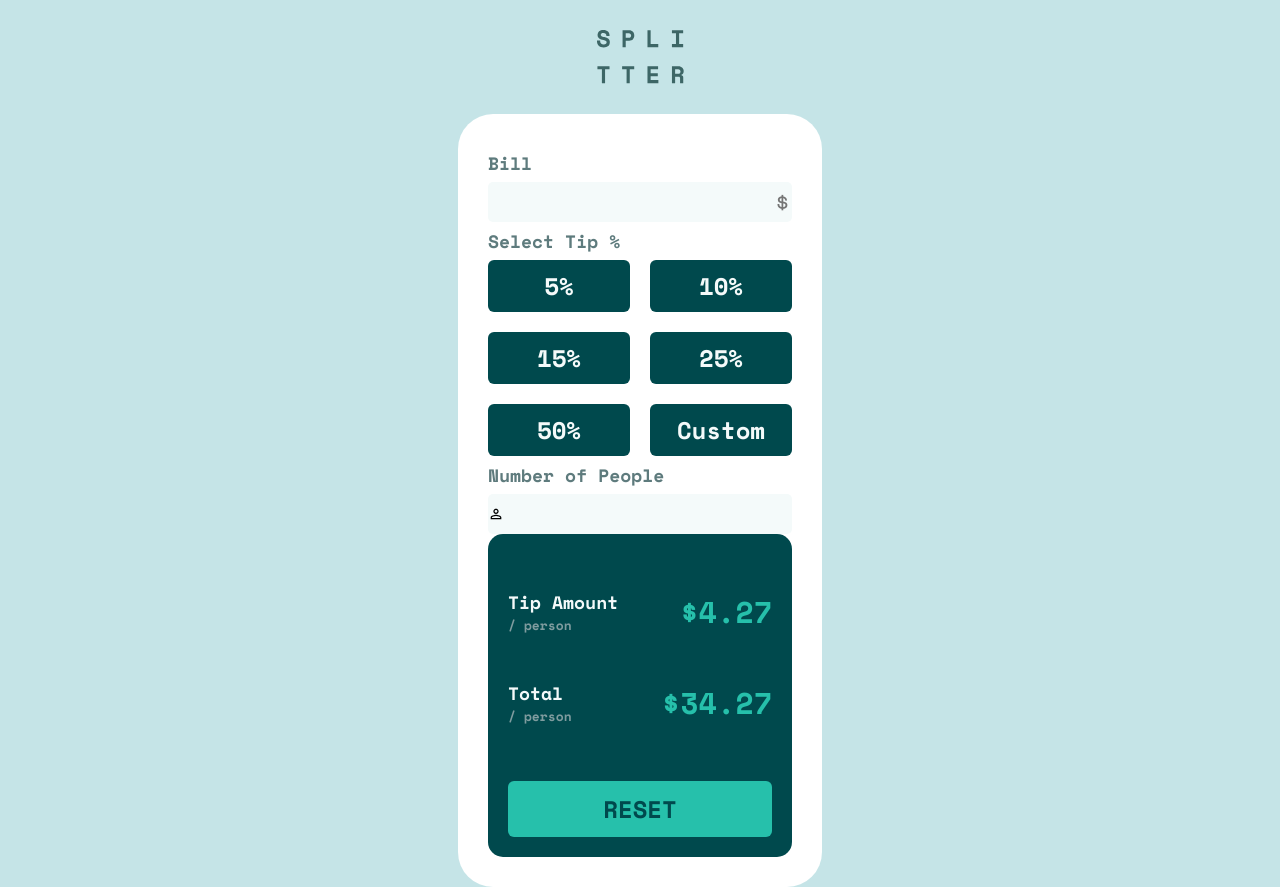
Repository: tomas938/tipcalculator
Page: /
The author's editor kept a copy of each file at every save. The page is drawn from the files as they stood at one save, then again after the next save.
The browser window is 1280 px wide. The pictures show the whole page.
The project was rebuilt for these pictures with package versions that can differ from the ones it lists, and the page was loaded fresh each time.

Above is the page before, as saved 2021-08-04 10:41:21.

### public/index.html
<!DOCTYPE html>
<html lang="">
	<head>
		<meta charset="utf-8" />
		<meta http-equiv="X-UA-Compatible" content="IE=edge" />
		<meta name="viewport" content="width=device-width,initial-scale=1.0" />
		<link rel="icon" href="<%= BASE_URL %>favicon.ico" />
		<link
			href="https://fonts.googleapis.com/icon?family=Material+Icons"
			rel="stylesheet"
		/>
		<title><%= htmlWebpackPlugin.options.title %></title>
	</head>
	<body>
		<noscript>
			<strong
				>We're sorry but <%= htmlWebpackPlugin.options.title %> doesn't work
				properly without JavaScript enabled. Please enable it to
				continue.</strong
			>
		</noscript>
		<div id="app"></div>
		<!-- built files will be auto injected -->
	</body>
</html>

### src/App.vue
<template>
	<router-view />
</template>

<style lang="scss">
@import url("https://fonts.googleapis.com/css2?family=Space+Mono:wght@400;700&display=swap");
$strong-cyan: hsl(172, 67%, 45%);
$dark-cyan: hsl(186, 14%, 43%);
$grayish-cyan: hsl(184, 14%, 43%);
$lower-grayish-cyan: hsl(184, 14%, 56%);
$light-grayish-cyan: hsl(185, 41%, 84%);
$lighter-grayish-cyan: hsl(189, 41%, 97%);
$white: hsl(0, 0%, 100%);
* {
	margin: 0;
	padding: 0;
	box-sizing: border-box;
	font-family: "Space Mono", monospace;
	font-size: 2.4rem;
}
body {
	background-color: hsl(185, 41%, 84%);
}
html {
	font-size: 62.5%;
	@media only screen and (max-width: 760px) {
		font-size: 130.5%;
	}
}
</style>

### src/views/Home.vue
<template>
	<div class="logo">
		<splitter></splitter>
	</div>
</template>

<script>
import Splitter from "../components/Splitter.vue";
export default {
	name: "Home",
	components: {
		Splitter,
	},
};
</script>
<style lang="scss" scoped></style>

### src/components/Splitter.vue
<template>
	<div class="splitter">
		<svg xmlns="http://www.w3.org/2000/svg" width="87" height="54">
			<path
				fill="#3D6666"
				d="M6.72 17.472c.944 0 1.792-.12 2.544-.36s1.392-.584 1.92-1.032a4.476 4.476 0 001.212-1.62c.28-.632.42-1.34.42-2.124v-.288c0-1.472-.464-2.584-1.392-3.336-.928-.752-2.272-1.288-4.032-1.608a14.615 14.615 0 01-1.74-.408c-.456-.144-.824-.308-1.104-.492-.28-.184-.476-.392-.588-.624a1.771 1.771 0 01-.168-.78c0-.56.232-1.004.696-1.332.464-.328 1.096-.492 1.896-.492.944 0 1.676.248 2.196.744.52.496.78 1.08.78 1.752v.576h3.168v-.864a5 5 0 00-.396-1.968 4.762 4.762 0 00-1.176-1.656C10.436 1.08 9.792.7 9.024.42 8.256.14 7.376 0 6.384 0c-.88 0-1.676.12-2.388.36s-1.32.576-1.824 1.008c-.504.432-.896.94-1.176 1.524-.28.584-.42 1.22-.42 1.908v.144c0 .832.144 1.536.432 2.112a3.978 3.978 0 001.212 1.44c.52.384 1.132.692 1.836.924.704.232 1.48.42 2.328.564.64.112 1.168.248 1.584.408.416.16.744.34.984.54s.408.424.504.672c.096.248.144.508.144.78 0 .576-.232 1.072-.696 1.488-.464.416-1.176.624-2.136.624-1.232 0-2.14-.3-2.724-.9-.584-.6-.876-1.404-.876-2.412v-.576H0v.72c0 .88.144 1.692.432 2.436a5.47 5.47 0 001.272 1.944c.56.552 1.26.984 2.1 1.296.84.312 1.812.468 2.916.468zm22-.336V10.8h3.408c.864 0 1.616-.144 2.256-.432a4.707 4.707 0 001.596-1.14 4.833 4.833 0 00.96-1.608c.216-.6.324-1.212.324-1.836v-.576c0-.608-.108-1.204-.324-1.788a4.625 4.625 0 00-.96-1.56A4.737 4.737 0 0034.384.756c-.64-.28-1.392-.42-2.256-.42h-6.576v16.8h3.168zm3.096-9.36H28.72V3.36h3.096c.704 0 1.26.192 1.668.576.408.384.612.88.612 1.488v.288c0 .608-.204 1.104-.612 1.488-.408.384-.964.576-1.668.576zm29.464 9.36v-3.024h-7.632V.336H50.48v16.8h10.8zm24.88 0v-3.024h-4.032V3.36h4.032V.336H74.928V3.36h4.032v10.752h-4.032v3.024H86.16zm-78.096 36V39.36h4.464v-3.024H.432v3.024h4.464v13.776h3.168zm24.688 0V39.36h4.464v-3.024H25.12v3.024h4.464v13.776h3.168zm28.624 0v-3.024h-7.728v-3.888H60.8V43.2h-7.152v-3.84h7.44v-3.024H50.48v16.8h10.896zm16.744 0V46.8h3.648c.464 0 .796.12.996.36.2.24.3.552.3.936v5.04h3.168v-5.808c0-.56-.164-1.024-.492-1.392-.328-.368-.772-.584-1.332-.648v-.432c.768-.32 1.336-.78 1.704-1.38a3.63 3.63 0 00.552-1.932v-.576c0-.64-.116-1.24-.348-1.8a4.332 4.332 0 00-1.008-1.476c-.44-.424-.988-.756-1.644-.996-.656-.24-1.416-.36-2.28-.36h-6.432v16.8h3.168zm3.024-9.36H78.12V39.36h3.024c.768 0 1.352.204 1.752.612.4.408.6.892.6 1.452v.288c0 .656-.2 1.164-.6 1.524-.4.36-.984.54-1.752.54z"
			/>
		</svg>
		<div class="calculator">
			<h3>Bill</h3>
			<input type="text" placeholder="$" />
			<h3>Select Tip %</h3>
			<div class="calculator__grid">
				<div class="calculator__grid__item item-1"><p>5%</p></div>
				<div class="calculator__grid__item item-2"><p>10%</p></div>
				<div class="calculator__grid__item item-3"><p>15%</p></div>
				<div class="calculator__grid__item item-4"><p>25%</p></div>
				<div class="calculator__grid__item item-5"><p>50%</p></div>
				<div class="calculator__grid__item item-6"><p>Custom</p></div>
			</div>
			<h3>Number of People</h3>
			<div class="people">
				<input type="text" placeholder="" />
				<svg
					xmlns="http://www.w3.org/2000/svg"
					height="24px"
					viewBox="0 0 24 24"
					width="24px"
					fill="#000000"
				>
					<path d="M0 0h24v24H0V0z" fill="none" />
					<path
						d="M12 5.9c1.16 0 2.1.94 2.1 2.1s-.94 2.1-2.1 2.1S9.9 9.16 9.9 8s.94-2.1 2.1-2.1m0 9c2.97 0 6.1 1.46 6.1 2.1v1.1H5.9V17c0-.64 3.13-2.1 6.1-2.1M12 4C9.79 4 8 5.79 8 8s1.79 4 4 4 4-1.79 4-4-1.79-4-4-4zm0 9c-2.67 0-8 1.34-8 4v3h16v-3c0-2.66-5.33-4-8-4z"
					/>
				</svg>
			</div>
			<div class="calculator__result">
				<div class="result">
					<div class="information">
						<p>Tip Amount</p>
						<span>/ person</span>
					</div>
					<div class="price">
						<p>$4.27</p>
					</div>
				</div>
				<div class="result">
					<div class="information">
						<p>Total</p>
						<span>/ person</span>
					</div>
					<div class="price">
						<p>$34.27</p>
					</div>
				</div>
				<div class="result"></div>
				<button>Reset</button>
			</div>
		</div>
	</div>
</template>

<script>
export default {};
</script>

<style lang="scss" scoped>
.splitter {
	display: flex;
	flex-direction: column;
	align-items: center;
}
.calculator {
	background-color: hsl(0, 0%, 100%);
	padding: 3rem;
	border-radius: 3.5rem;
	&__grid {
		display: grid;
		grid-gap: 2rem;
		grid-template-columns: repeat(2, 1fr);
		grid-template-rows: repeat(3, 1fr);
		color: hsl(189, 41%, 97%);
		font-weight: 700;
		text-align: center;
		cursor: pointer;
	}
	&__grid__item {
		width: 100%;
		margin: auto;
		padding: 8px 0;
		border-radius: 6px;
		background-color: hsl(183, 100%, 15%);
		&:hover {
			transition: all 0.3s ease-in-out;
			background-color: hsl(172, 67%, 45%);
			color: hsl(183, 100%, 15%);
		}
	}
	&__result {
		display: flex;
		flex-direction: column;
		border-radius: 1.5rem;
		padding: 2rem;
		background-color: hsl(183, 100%, 15%);
		font-weight: 700;
		.result {
			margin-top: 2.5rem;
			display: flex;
			justify-content: space-between;
			padding: 10px 0;
			p {
				font-size: 1.8rem;
				color: hsl(189, 41%, 97%);
			}
			span {
				font-size: 1.3rem;
				color: hsl(184, 14%, 56%);
			}
		}
		.information {
			display: flex;
			flex-direction: column;
		}
		.price {
			p {
				color: hsl(172, 67%, 45%);
				font-size: 3rem;
			}
		}
		button {
			border-radius: 6px;
			padding: 1rem 0;
			font-weight: 700;
			color: hsl(183, 100%, 15%);
			text-transform: uppercase;
			background-color: hsl(172, 67%, 45%);
			cursor: pointer;
			outline: none;
			border: none;
		}
		button:hover,
		button:active {
			transition: 0.3s ease-in-out;
			background-color: hsl(185, 41%, 84%);
		}
	}
}
svg {
	margin: 3rem 0;
}
input {
	border-radius: 5px;
	border: 2px solid transparent;
	outline: none;
	background-color: hsl(189, 41%, 97%);
	text-align: right;
	&:focus,
	&:active {
		border: 2px solid hsl(172, 67%, 45%);
	}
}
h3 {
	margin: 6px 0;
	font-size: 1.8rem;
	color: hsl(184, 14%, 43%);
	font-weight: 700;
}
.people {
	position: relative;
	display: flex;
	align-items: center;

	svg {
		width: 1.6rem;
		height: 1.6rem;
		margin: 0;
		position: absolute;
	}
}
</style>

Loaded but not shown: src/main.js (common file); src/router/index.js (common file)

After the next save:
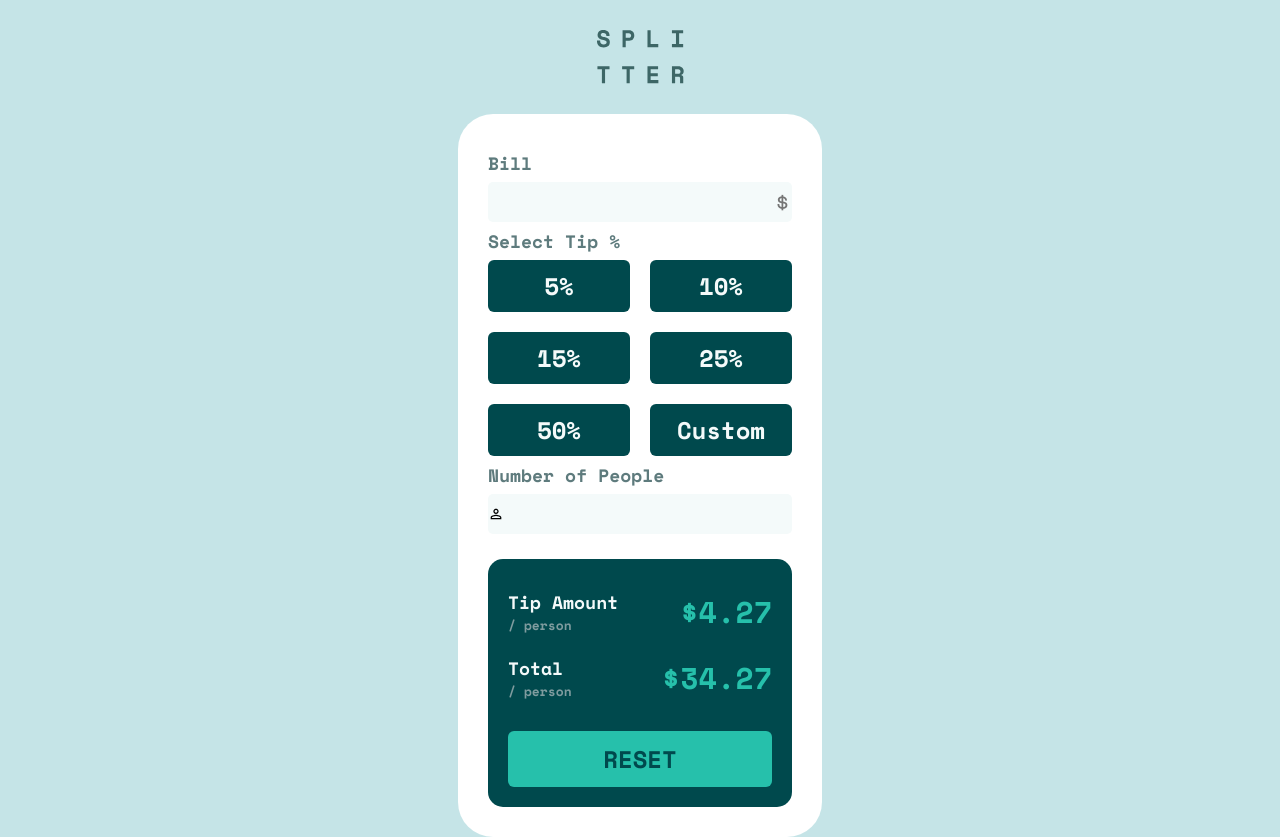
Saved 7 s later.
--- a/src/components/Splitter.vue
+++ b/src/components/Splitter.vue
@@ -97,6 +97,7 @@ export default {};
 		}
 	}
 	&__result {
+		margin-top: 2.5rem;
 		display: flex;
 		flex-direction: column;
 		border-radius: 1.5rem;
@@ -104,7 +105,6 @@ export default {};
 		background-color: hsl(183, 100%, 15%);
 		font-weight: 700;
 		.result {
-			margin-top: 2.5rem;
 			display: flex;
 			justify-content: space-between;
 			padding: 10px 0;
